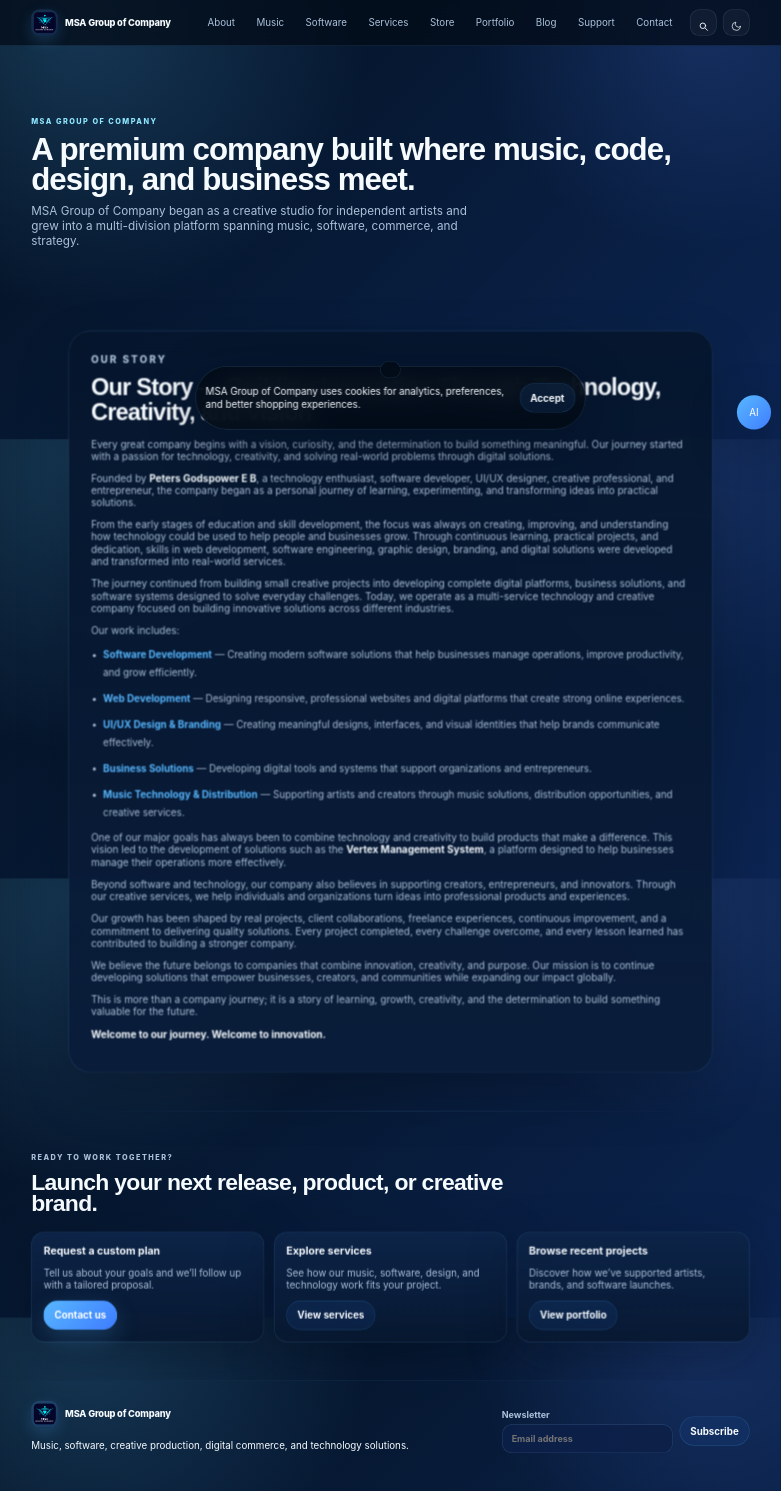
Repository: wifiasert/MSA-Group-of-Company
Page: about/index.html
These files come from the project's save history. The page is drawn as it stood at one moment and after a run of saves; the edit follows.
The browser window is 1280 px wide. The pictures show the whole page, at 61% of full size.
Backgrounds fixed to the window are drawn as part of the page.

Above is the page before, as saved 2026-07-18 06:04:05.

After the next 2 saves:
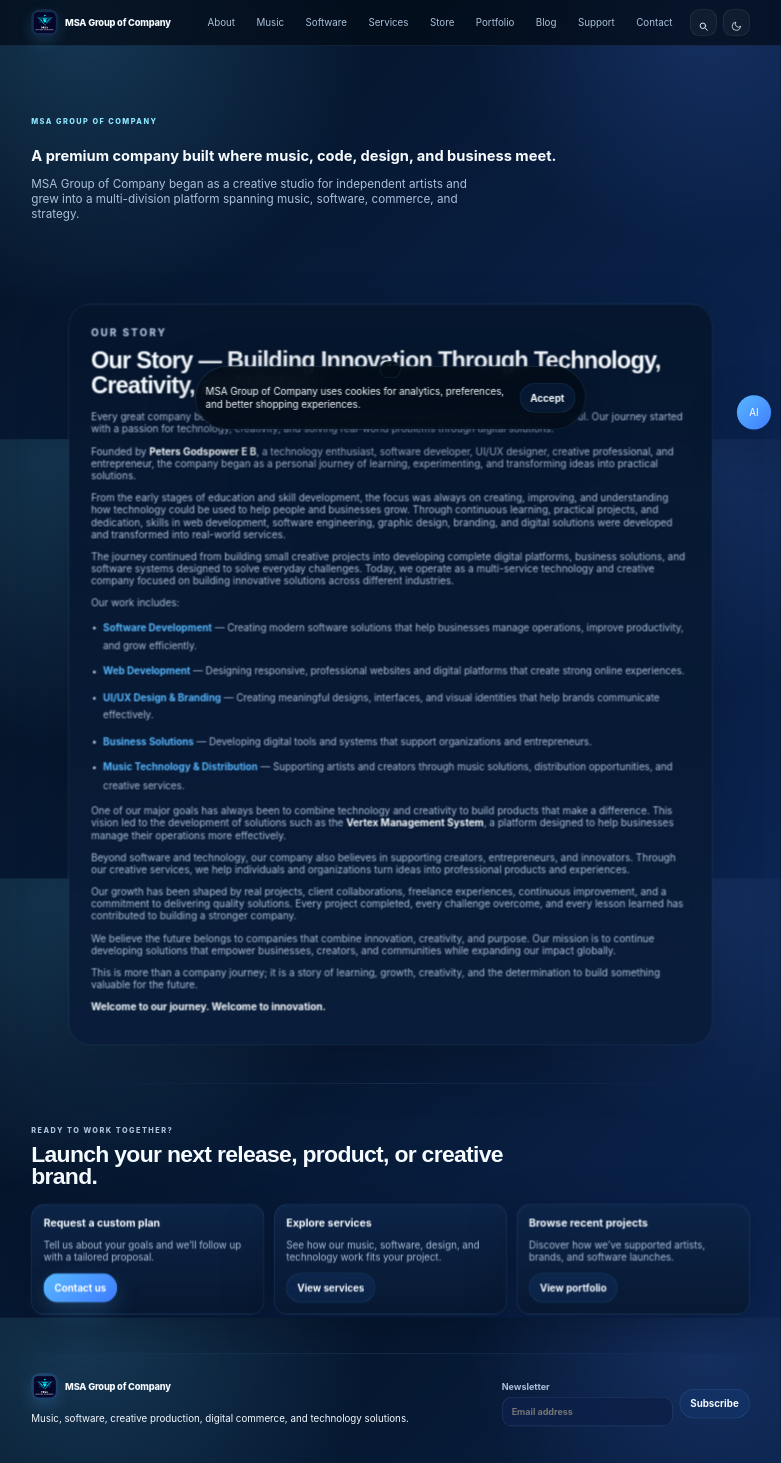
The 2 saves are shown as one change because they came seconds apart.
The last was saved 56 s later.
--- a/about/index.html
+++ b/about/index.html
@@ -307,7 +307,7 @@
     <section class="page-hero reveal">
       <div class="hero-content">
         <p class="eyebrow">MSA Group of Company</p>
-        <h1>A premium company built where music, code, design, and business meet.</h1>
+        <h2>A premium company built where music, code, design, and business meet.</h1>
         <p class="hero-copy">MSA Group of Company began as a creative studio for independent artists and grew into a multi-division platform spanning music, software, commerce, and strategy.</p>
       </div>
     </section>
